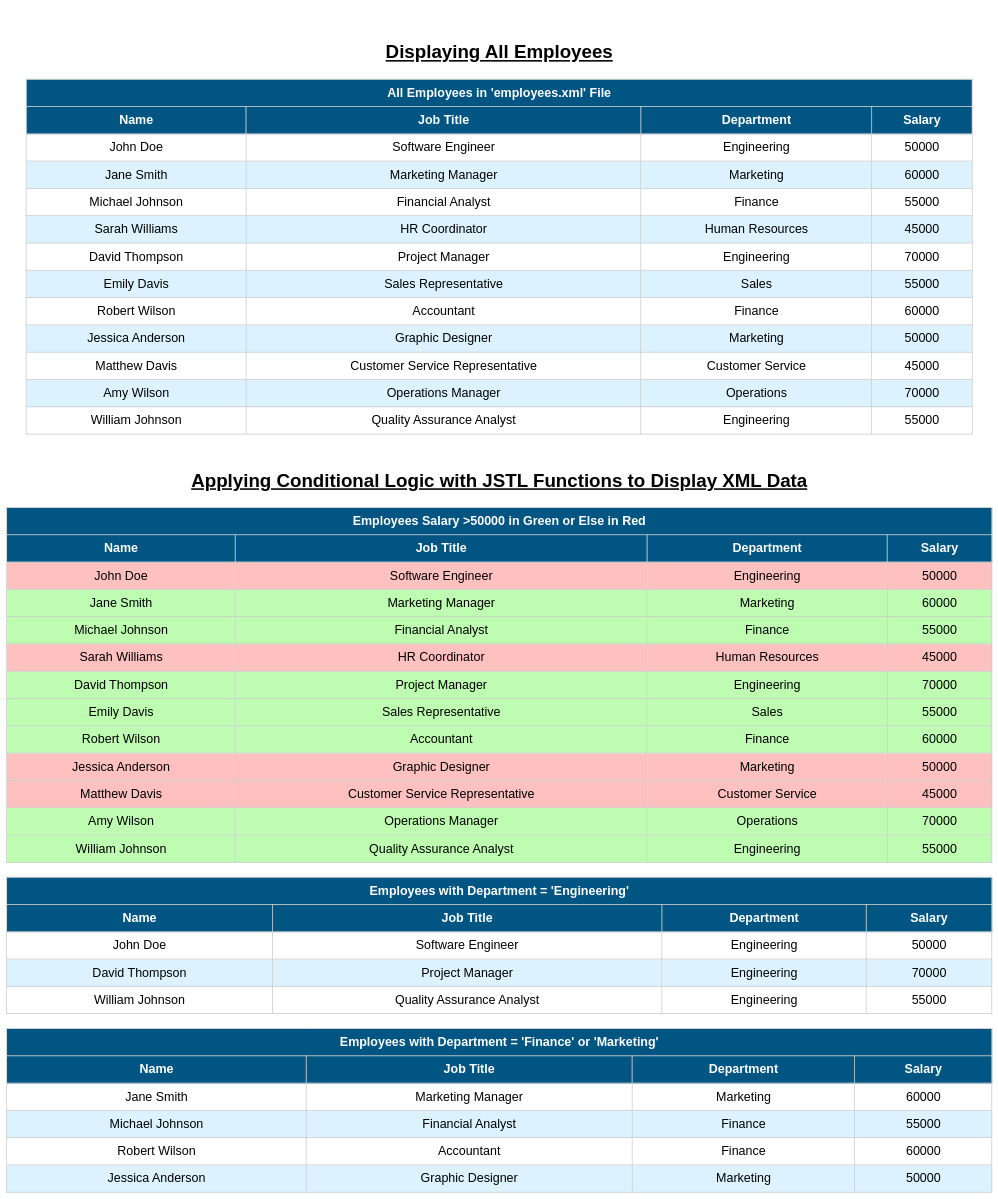
Repository: bkyncl/csd-430
Page: http://localhost/kyncl_mod9/
These files come from the project's save history. The page is drawn as it stood at one moment and after the next save; the edit follows.
The browser window is 1280 px wide. The pictures show the whole page, at 78% of full size.
The page is served by Tomcat 9.

Above is the page before, as saved 2023-07-05 06:54:44.

After the next save:
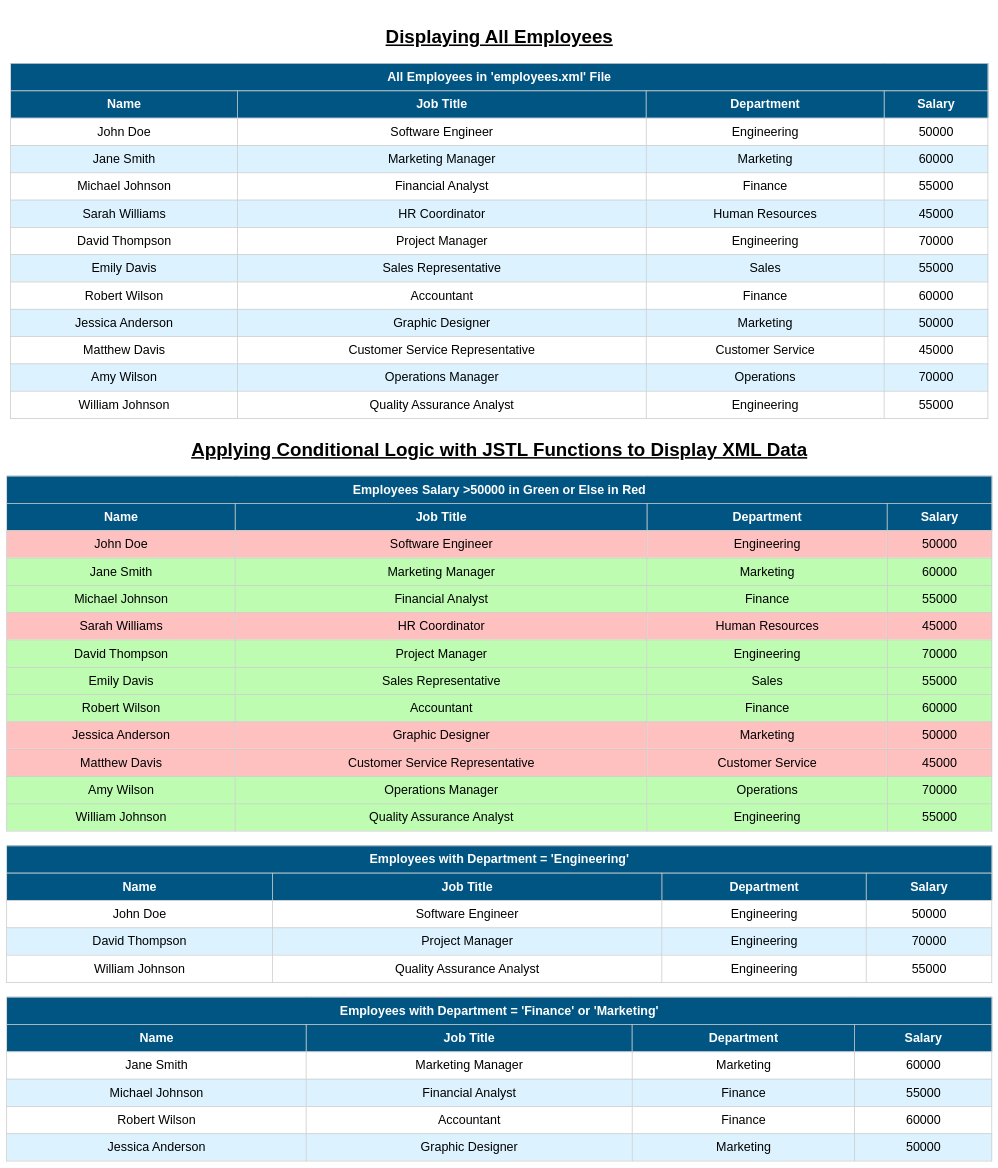
Saved 36 s later.
--- a/kyncl_mod9/src/main/webapp/styles.css
+++ b/kyncl_mod9/src/main/webapp/styles.css
@@ -9,7 +9,7 @@ body {
 }
 .left {
   flex: 1 1 50%;
-  padding: 2%;
+  padding: 5px;
 }
 
 .right {
